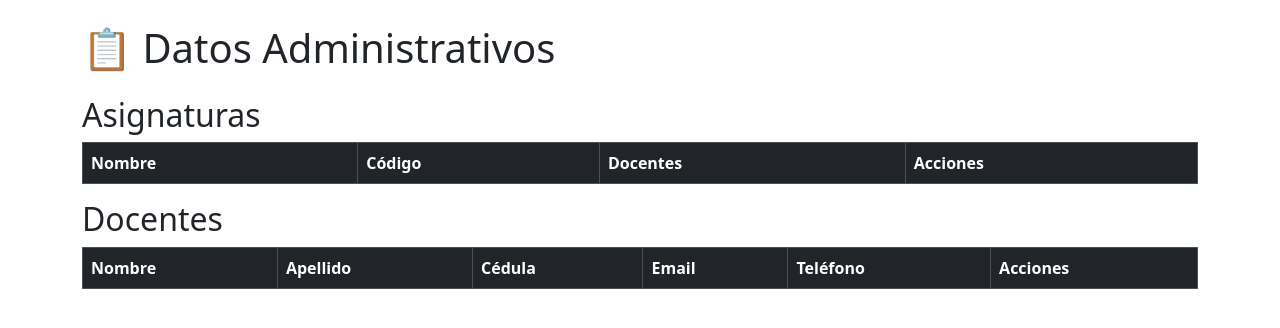
Repository: pilarfolgar/PROYECTO-2025
Page: http://localhost/PROYECTO-2025/indexadministrativoDatos.php
An editor plug-in stored every save of this project. The page is shown before and after the next save, followed by the edit.
The browser window is 1280 px wide. The pictures show the whole page.
The page is run by PHP 8.4 with error messages shown; the project is at /var/www/html/. Queries for data that is not in the repository find no rows.

Above is the page before, as saved 2025-10-17 11:50:17.

### indexadministrativoDatos.php
<?php
session_start();
require("conexion.php");
$con = conectar_bd();

// Consultas...
$sql_asignaturas = "SELECT a.id_asignatura, a.nombre, a.codigo,
        GROUP_CONCAT(u.nombrecompleto, ' ', u.apellido SEPARATOR ', ') AS docentes
        FROM asignatura a
        LEFT JOIN docente_asignatura da ON a.id_asignatura = da.id_asignatura
        LEFT JOIN usuario u ON da.cedula_docente = u.cedula
        GROUP BY a.id_asignatura
        ORDER BY a.nombre";
$result_asignaturas = $con->query($sql_asignaturas);

$sql_docentes = "SELECT * FROM usuario WHERE rol='docente' ORDER BY nombrecompleto";
$result_docentes = $con->query($sql_docentes);

$sql_aulas = "SELECT * FROM aula ORDER BY codigo";
$result_aulas = $con->query($sql_aulas);

$sql_grupos = "SELECT g.*, GROUP_CONCAT(a.nombre SEPARATOR ', ') AS asignaturas
               FROM grupo g
               LEFT JOIN grupo_asignatura ga ON g.id_grupo = ga.id_grupo
               LEFT JOIN asignatura a ON ga.id_asignatura = a.id_asignatura
               GROUP BY g.id_grupo
               ORDER BY g.nombre";
$result_grupos = $con->query($sql_grupos);

$sql_horarios = "SELECT h.*, a.nombre AS asignatura, g.nombre AS grupo
                 FROM horario h
                 LEFT JOIN asignatura a ON h.id_asignatura = a.id_asignatura
                 LEFT JOIN grupo g ON h.id_grupo = g.id_grupo
                 ORDER BY h.dia, h.hora_inicio";
$result_horarios = $con->query($sql_horarios);
?>

<!DOCTYPE html>
<html lang="es">
<head>
    <meta charset="UTF-8">
    <meta name="viewport" content="width=device-width, initial-scale=1.0">
    <title>Datos Administrativos</title>
    <link href="https://cdn.jsdelivr.net/npm/bootstrap@5.3.7/dist/css/bootstrap.min.css" rel="stylesheet">
</head>
<body>
<div class="container mt-4">
    <h1 class="mb-4">📋 Datos Administrativos</h1>

    <h2>Asignaturas</h2>
    <table class="table table-bordered table-striped">
      <thead class="table-dark">
        <tr>
          <th>Nombre</th>
          <th>Código</th>
          <th>Docentes</th>
          <th>Acciones</th>
        </tr>
      </thead>
      <tbody>
        <?php while($asignatura = $result_asignaturas->fetch_assoc()): ?>
          <tr>
            <td><?= htmlspecialchars($asignatura['nombre']) ?></td>
            <td><?= htmlspecialchars($asignatura['codigo']) ?></td>
            <td><?= htmlspecialchars($asignatura['docentes'] ?? '—') ?></td>
            <td>
              <a href="editar-asignatura.php?id=<?= $asignatura['id_asignatura'] ?>" class="btn btn-sm btn-primary">✏️ Editar</a>
              <a href="eliminar-asignatura.php?id=<?= $asignatura['id_asignatura'] ?>" class="btn btn-sm btn-danger" onclick="return confirm('¿Seguro que desea eliminar esta asignatura?');">🗑️ Eliminar</a>
            </td>
          </tr>
        <?php endwhile; ?>
      </tbody>
    </table>

    <h2>Docentes</h2>
    <table class="table table-bordered table-striped">
      <thead class="table-dark">
        <tr>
          <th>Nombre</th>
          <th>Apellido</th>
          <th>Cédula</th>
          <th>Email</th>
          <th>Teléfono</th>
          <th>Acciones</th>
        </tr>
      </thead>
      <tbody>
        <?php while($docente = $result_docentes->fetch_assoc()): ?>
          <tr>
            <td><?= htmlspecialchars($docente['nombrecompleto']) ?></td>
            <td><?= htmlspecialchars($docente['apellido']) ?></td>
            <td><?= htmlspecialchars($docente['cedula']) ?></td>
            <td><?= htmlspecialchars($docente['email']) ?></td>
            <td><?= htmlspecialchars($docente['telefono']) ?></td>
            <td>
              <a href="editar-docente.php?id=<?= $docente['cedula'] ?>" class="btn btn-sm btn-primary">✏️ Editar</a>
              <a href="eliminar-docente.php?id=<?= $docente['cedula'] ?>" class="btn btn-sm btn-danger" onclick="return confirm('¿Seguro que desea eliminar este docente?');">🗑️ Eliminar</a>
            </td>
          </tr>
        <?php endwhile; ?>
      </tbody>
    </table>

    <!-- Aquí agregas tablas para Aulas, Grupos y Horarios de forma similar -->

</div>
<script src="https://cdn.jsdelivr.net/npm/bootstrap@5.3.7/dist/js/bootstrap.bundle.min.js"></script>
</body>
</html>

### conexion.php
<?php

//definir variables de conexion

function conectar_bd(){

 $servidor = "127.0.0.1:3307";
$bd = "db_evolutionit";
$usuario = "root";
$pass = "";

//definir la conexion usando las variables.

$conn = mysqli_connect($servidor, $usuario, $pass, $bd);


// Comprobar la conexión
if (!$conn) {
    die("Error de conexion " . mysqli_connect_error());
}
/*echo "Conectado correctamente <hr>";*/

//devuelvo la conexion
return $conn;

}


$con= conectar_bd();

After the next save:
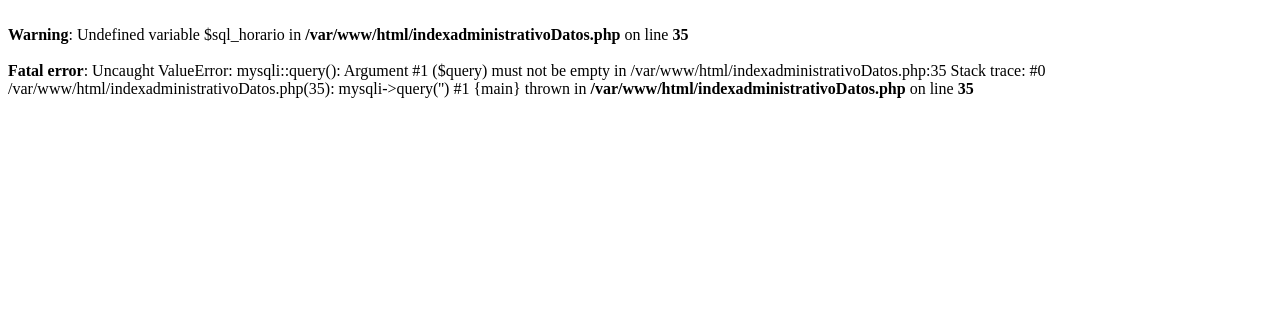
Saved 110 s later.
--- a/indexadministrativoDatos.php
+++ b/indexadministrativoDatos.php
@@ -32,7 +32,7 @@ $sql_horarios = "SELECT h.*, a.nombre AS asignatura, g.nombre AS grupo
                  LEFT JOIN asignatura a ON h.id_asignatura = a.id_asignatura
                  LEFT JOIN grupo g ON h.id_grupo = g.id_grupo
                  ORDER BY h.dia, h.hora_inicio";
-$result_horarios = $con->query($sql_horarios);
+$result_horarios = $con->query($sql_horario);
 ?>
 
 <!DOCTYPE html>

After the save that followed:
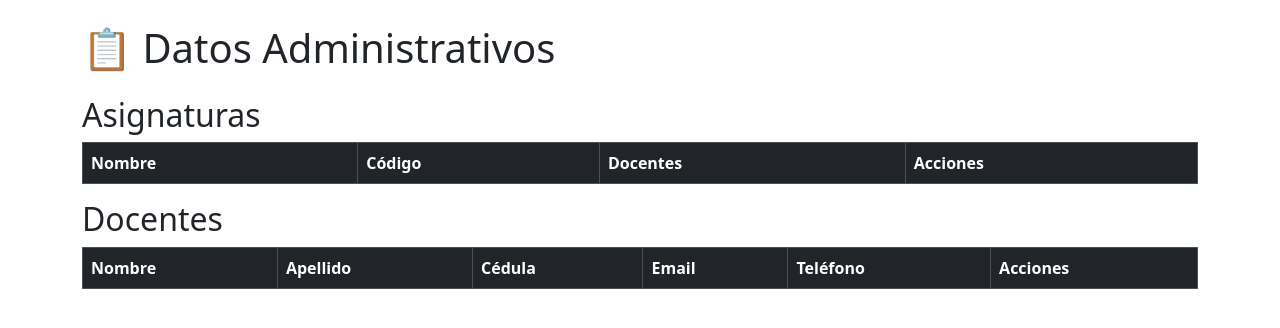
Saved 11 s later.
--- a/indexadministrativoDatos.php
+++ b/indexadministrativoDatos.php
@@ -27,7 +27,7 @@ $sql_grupos = "SELECT g.*, GROUP_CONCAT(a.nombre SEPARATOR ', ') AS asignaturas
                ORDER BY g.nombre";
 $result_grupos = $con->query($sql_grupos);
 
-$sql_horarios = "SELECT h.*, a.nombre AS asignatura, g.nombre AS grupo
+$sql_horario = "SELECT h.*, a.nombre AS asignatura, g.nombre AS grupo
                  FROM horario h
                  LEFT JOIN asignatura a ON h.id_asignatura = a.id_asignatura
                  LEFT JOIN grupo g ON h.id_grupo = g.id_grupo
